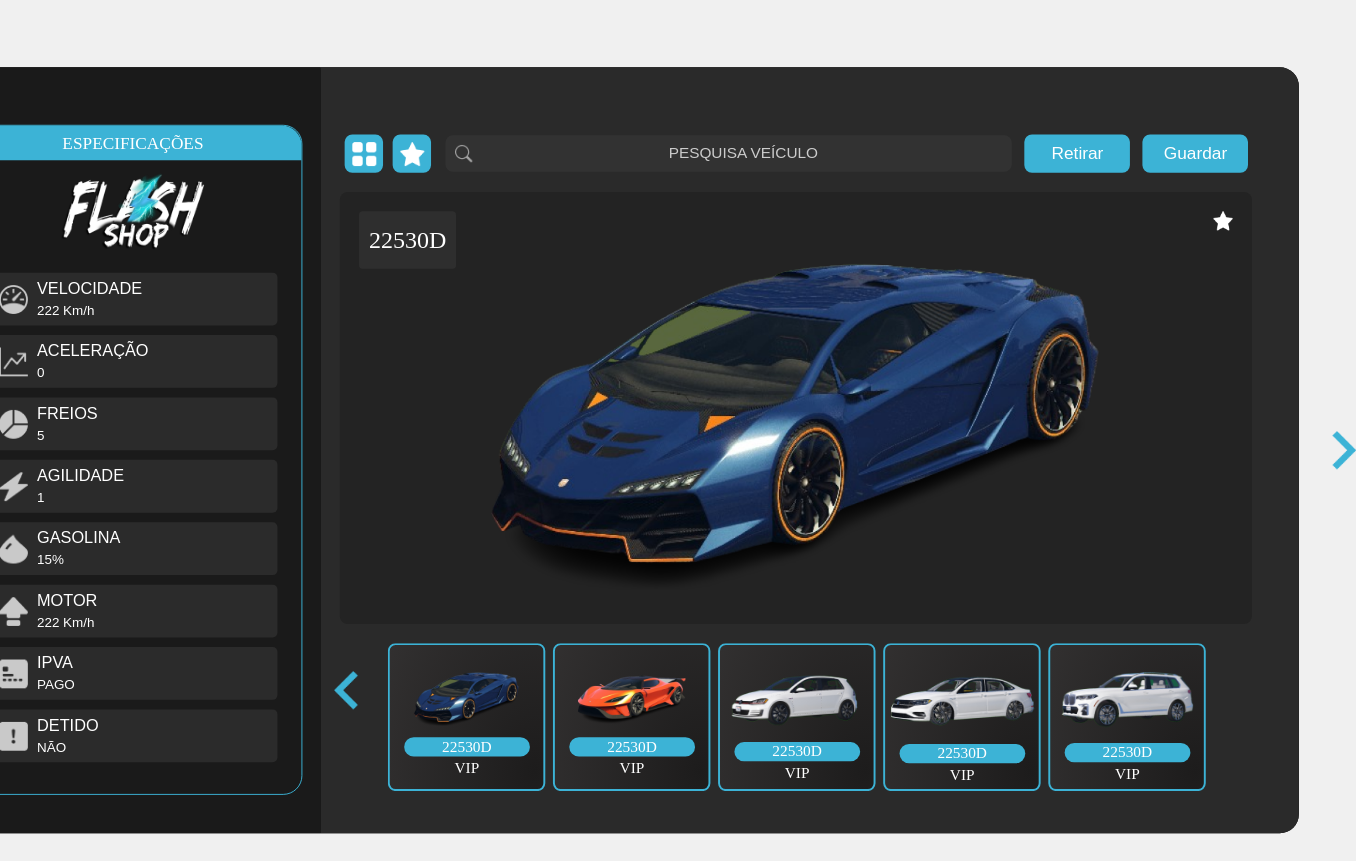
Repository: DuMCorrea/Garagem
Page: index.html
An editor plug-in stored every save of this project. The page is shown before and after a run of saves, followed by the edit.
The browser window is 1280 px wide. The page is 1413 px wide, so the pictures cover 1413 px, including what lies to the right of the window. The pictures show the whole page, at 96% of full size.
Some web fonts or font styles are not loaded; a fallback is used.

Above is the page before, as saved 2024-08-22 20:09:15.

After the next 2 saves:
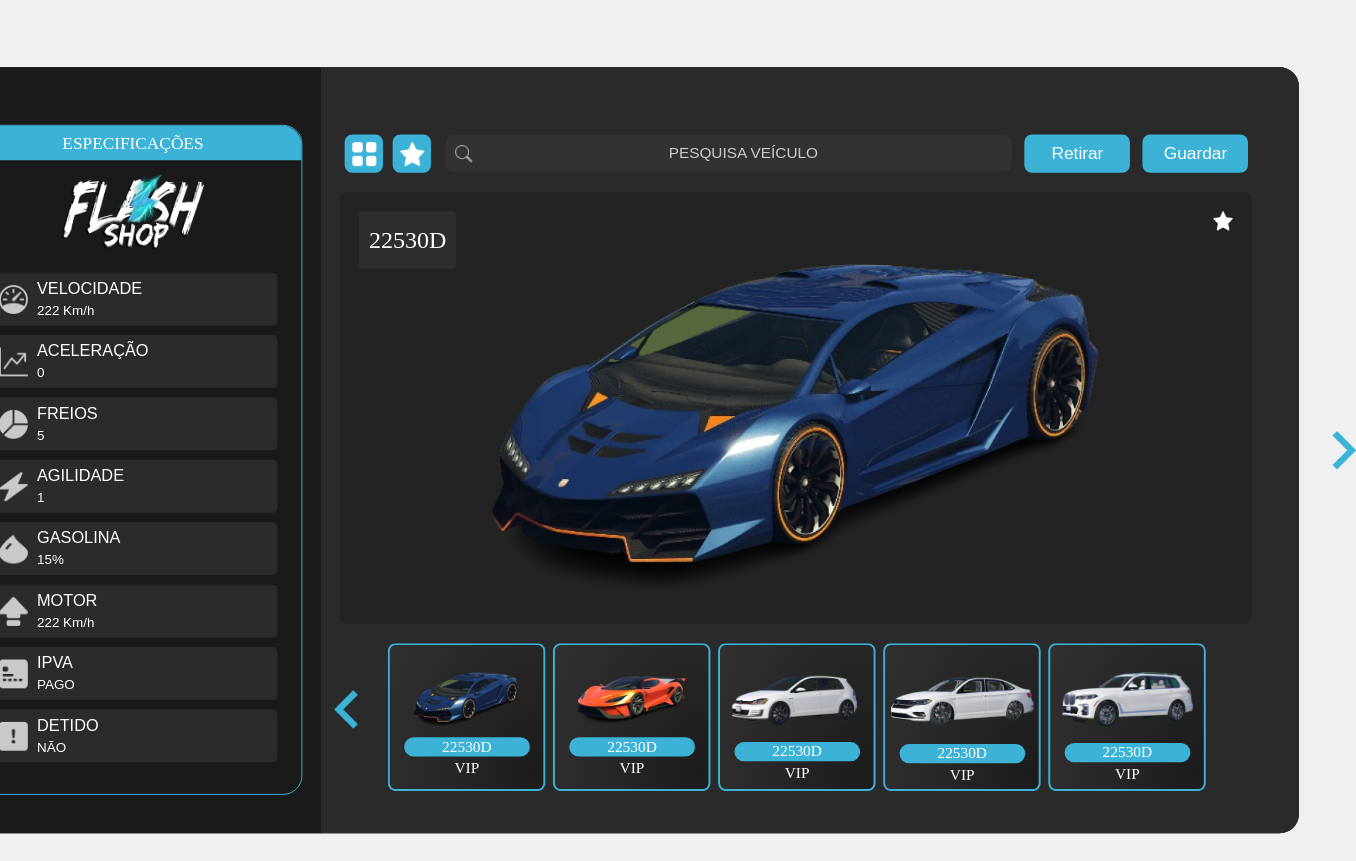
The 2 saves are shown as one change because they came seconds apart.
The last was saved 2 min 15 s later.
--- a/styles.css
+++ b/styles.css
@@ -401,7 +401,7 @@
 .imagem-lateral-esquerda {
     left: 0; /* Posiciona a imagem à esquerda dos cards */
     margin-left: 420px; /* Ajusta a distância da imagem em relação ao contêiner */
-    margin-top: 250px;
+    margin-top: 270px;
 }
 
 .imagem-lateral-direita {
